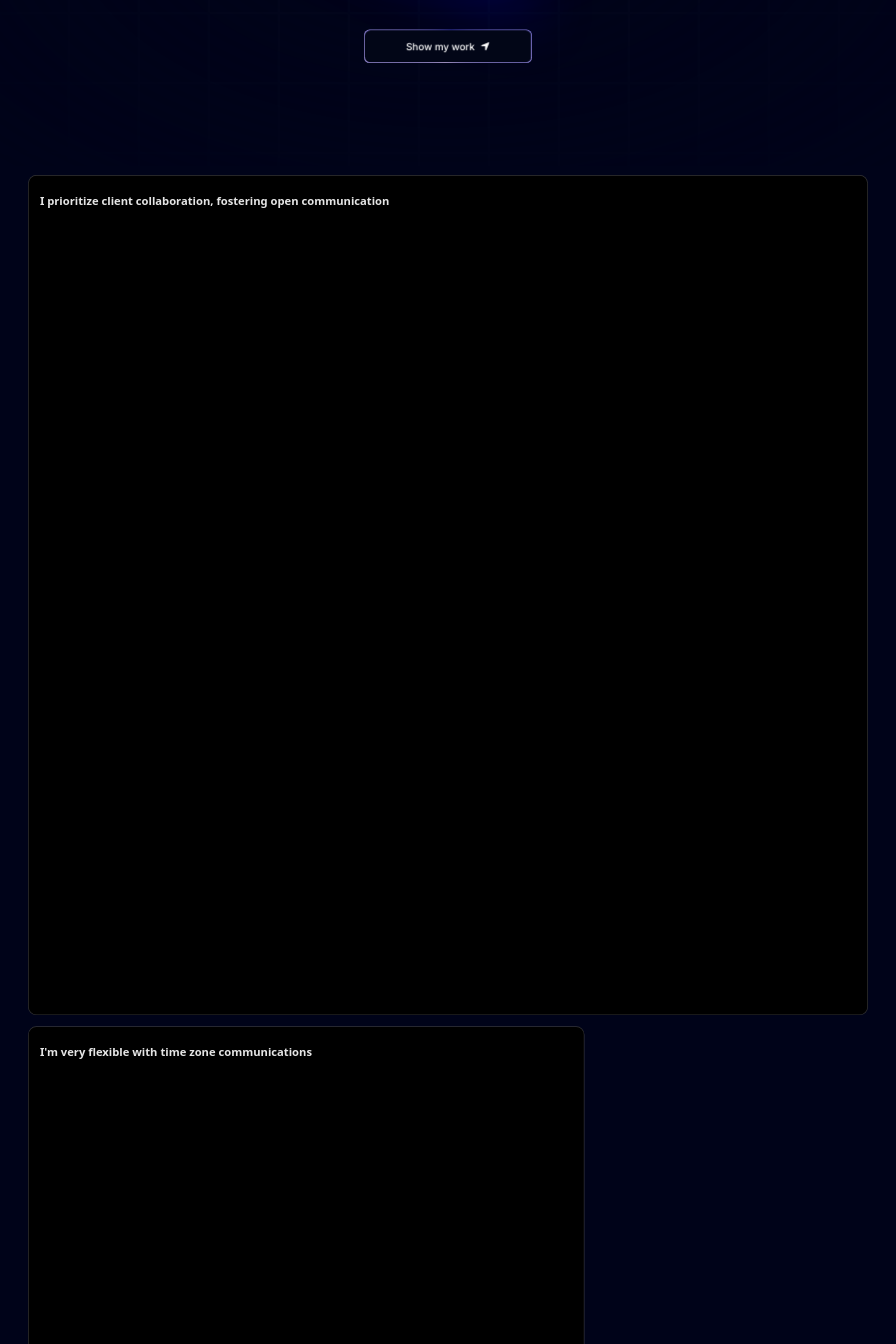
Repository: drsamame/portfolio.next
Page: /
These files come from the project's save history. The page is drawn as it stood at one moment and after a run of saves; the edit follows.
The browser window is 1280 px wide. The pictures show the part of the page from y = 483 to 2403 px (the page is 4365 px tall), at 70% of full size.
The project was rebuilt for these pictures with package versions that can differ from the ones it lists, and the page was loaded fresh each time. The framework's server and built-in components were replaced by stand-ins that run in the browser. Also part of the build but not shown: next.config.mjs.

Above is the page before, as saved 2024-07-03 16:15:38.

After the next 3 saves:
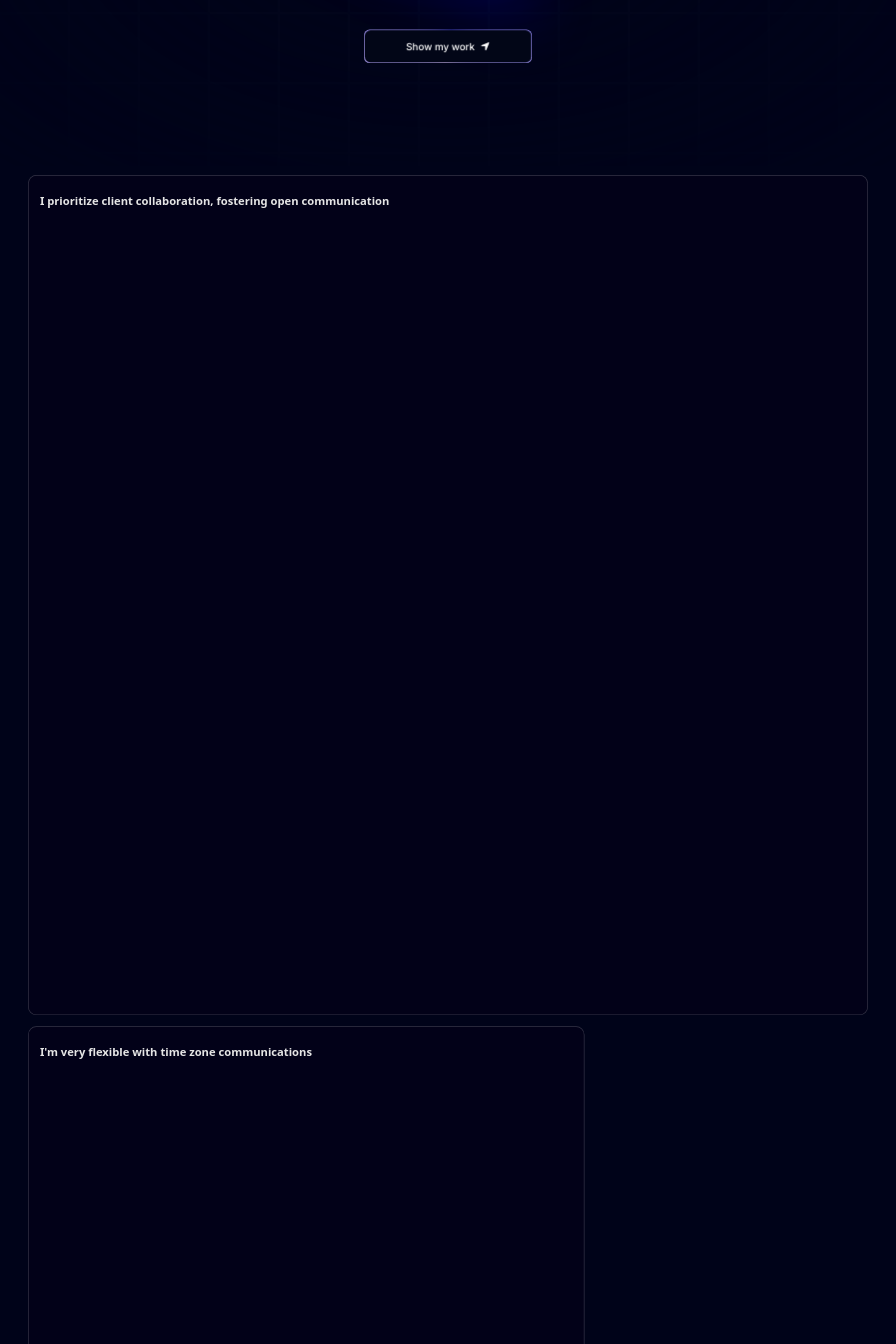
The 3 saves are shown as one change because 1 did not build or start and some came seconds apart.
The last was saved 5 min 1 s later.
--- a/components/ui/BentoGrid.tsx
+++ b/components/ui/BentoGrid.tsx
@@ -1,54 +1,63 @@
-import { cn } from "@/utils/cn";
+import { cn } from '@/utils/cn';
 
 export const BentoGrid = ({
-  className,
-  children,
+	className,
+	children,
 }: {
-  className?: string;
-  children?: React.ReactNode;
+	className?: string;
+	children?: React.ReactNode;
 }) => {
-  return (
-    <div
-      className={cn(
-        "grid md:auto-rows-[18rem] grid-cols-1 md:grid-cols-3 gap-4 max-w-7xl mx-auto ",
-        className
-      )}
-    >
-      {children}
-    </div>
-  );
+	return (
+		<div
+			className={cn(
+				'grid md:auto-rows-[18rem] grid-cols-1 md:grid-cols-3 gap-4 max-w-7xl mx-auto ',
+				className
+			)}
+		>
+			{children}
+		</div>
+	);
 };
 
 export const BentoGridItem = ({
-  className,
-  title,
-  description,
-  header,
-  icon,
+	className,
+	title,
+	description,
+	id,
+	img,
+	imgClassName,
+	titleClassName,
+	spareImg,
 }: {
-  className?: string;
-  title?: string | React.ReactNode;
-  description?: string | React.ReactNode;
-  header?: React.ReactNode;
-  icon?: React.ReactNode;
+	className?: string;
+	title?: string | React.ReactNode;
+	description?: string | React.ReactNode;
+	id?: string;
+	img?: string;
+	imgClassName?: string;
+	titleClassName?: string;
+	spareImg?: string;
 }) => {
-  return (
-    <div
-      className={cn(
-        "row-span-1 relative rounded-xl group/bento hover:shadow-xl transition duration-200 shadow-input dark:shadow-none p-4 dark:bg-black dark:border-white/[0.2] bg-white border border-transparent justify-between flex flex-col space-y-4",
-        className
-      )}
-    >
-      {header}
-      <div className="group-hover/bento:translate-x-2 transition duration-200">
-        {icon}
-        <div className="font-sans font-bold text-neutral-600 dark:text-neutral-200 mb-2 mt-2">
-          {title}
-        </div>
-        <div className="font-sans font-normal text-neutral-600 text-xs dark:text-neutral-300">
-          {description}
-        </div>
-      </div>
-    </div>
-  );
+	return (
+		<div
+			className={cn(
+				'row-span-1 relative rounded-xl group/bento hover:shadow-xl transition duration-200 shadow-input dark:shadow-none p-4 dark:bg-black dark:border-white/[0.2] bg-white border border-transparent justify-between flex flex-col space-y-4',
+				className
+			)}
+			style={{
+				background: 'rgb(2,1,24)',
+				backgroundColor:
+					'rgb(2,1,24) linear-gradient(90deg, rgba(2,1,24,1) 0%, rgba(134,134,168,1) 68%, rgba(21,77,88,1) 100%)',
+			}}
+		>
+			<div className="group-hover/bento:translate-x-2 transition duration-200">
+				<div className="font-sans font-bold text-neutral-600 dark:text-neutral-200 mb-2 mt-2">
+					{title}
+				</div>
+				<div className="font-sans font-normal text-neutral-600 text-xs dark:text-neutral-300">
+					{description}
+				</div>
+			</div>
+		</div>
+	);
 };
